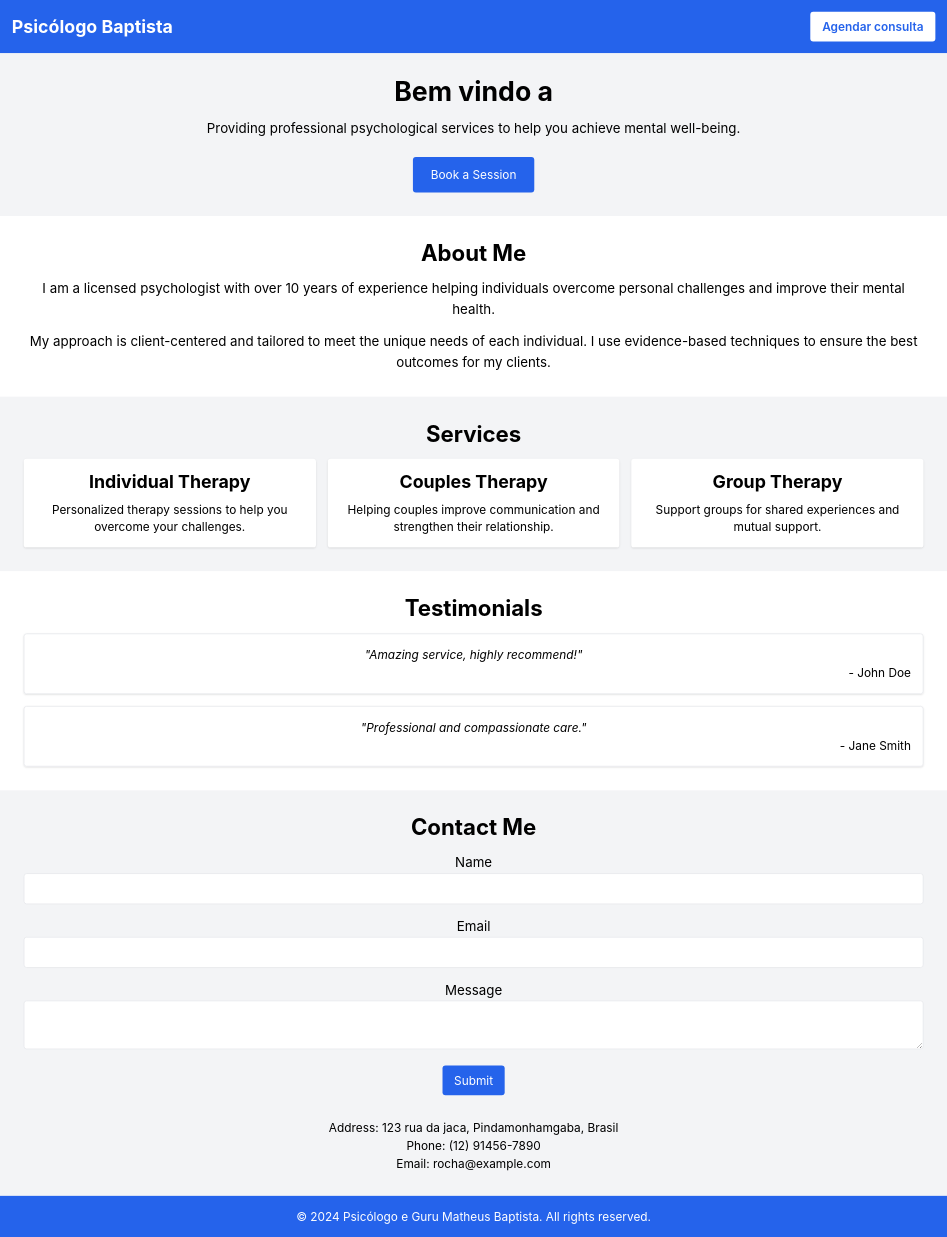
Repository: SrNascimento40/psychologist-portfolio
Page: /
An editor plug-in stored every save of this project. The page is shown before and after the next save, followed by the edit.
The browser window is 1280 px wide. The pictures show the whole page, at 74% of full size.
The project was rebuilt for these pictures with package versions that can differ from the ones it lists, and the page was loaded fresh each time. Also part of the build but not shown: vite.config.ts.

Above is the page before, as saved 2024-07-04 17:31:07.

After the next save:
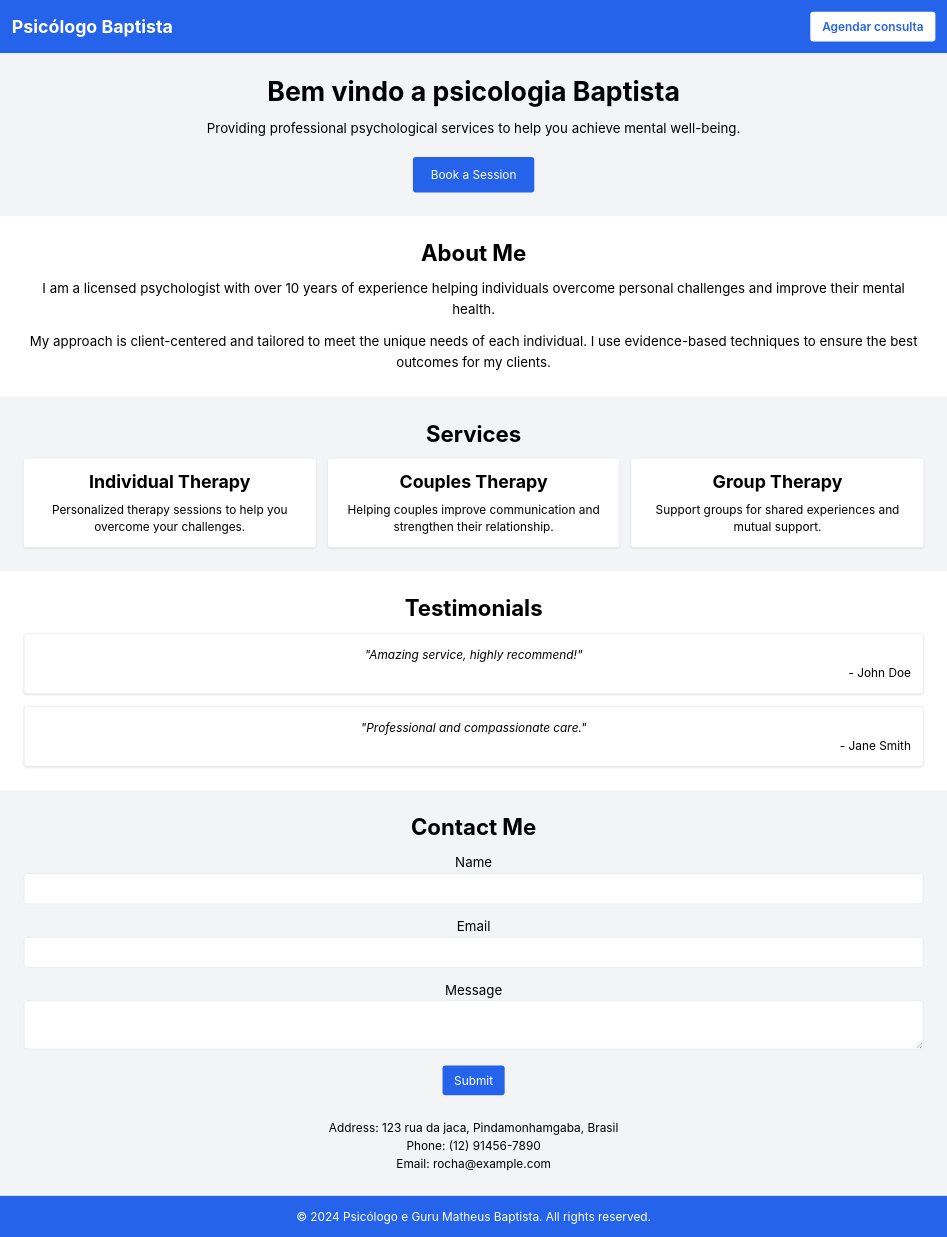
Saved 7 s later.
--- a/src/Hero.tsx
+++ b/src/Hero.tsx
@@ -6,7 +6,7 @@ export default function Hero() {
 
   return (
     <section id="home" className="bg-gray-100 p-8 text-center">
-    <h1 className="text-4xl font-bold mb-4">Bem vindo a </h1>
+    <h1 className="text-4xl font-bold mb-4">Bem vindo a psicologia Baptista</h1>
     <p className="text-lg mb-6">Providing professional psychological services to help you achieve mental well-being.</p>
     <button className="bg-blue-600 text-white px-6 py-3 rounded">Book a Session</button>
 </section>  )
